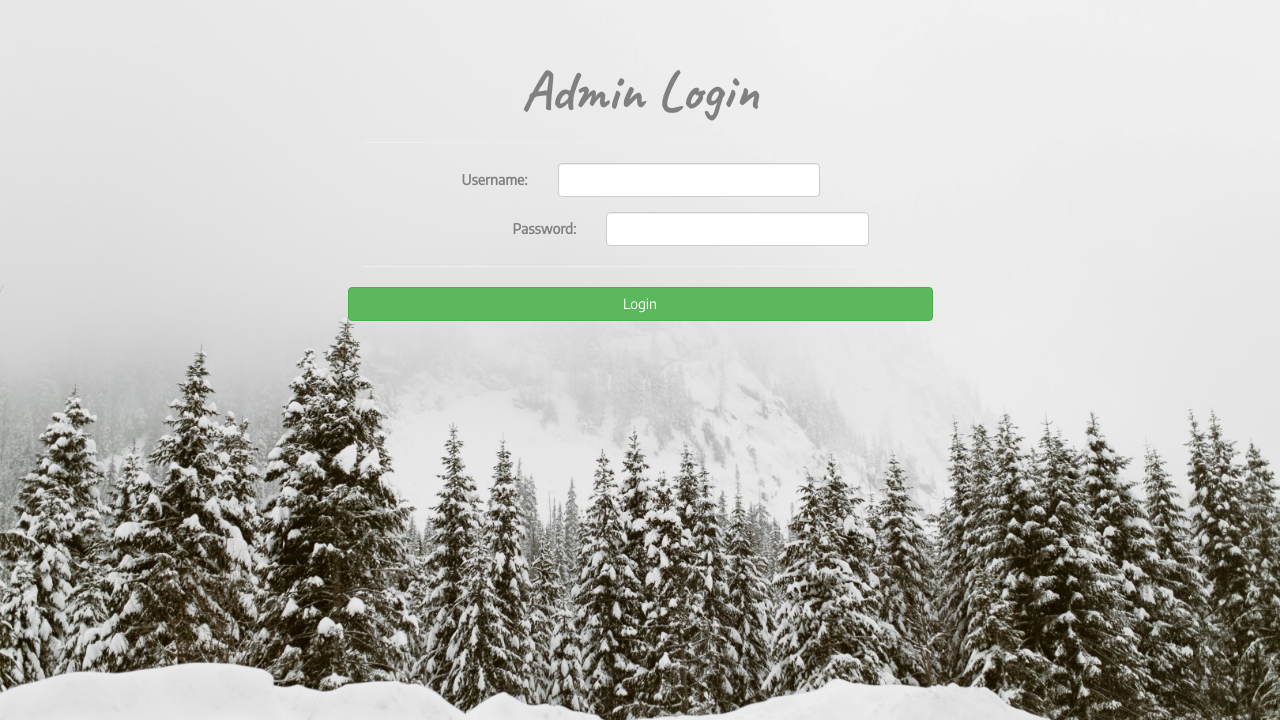
Repository: maliking/making
Page: http://localhost/final_project/loginPage.php
The author's editor kept a record of every edit. The page is drawn from the files as they stood at one moment, then again after the next edit.
The browser window is 1280 px wide. The pictures show the whole page.
The page is run by PHP 8.4 with error messages shown; the project is at /var/www/html/.

Above is the page before.
Console error: TypeError: Cannot read properties of undefined (reading 'prototype')

### final_project/loginPage.php
<!DOCTYPE html>
<html>
    <head>
        <title> Solemates Login </title>
        <!-- HEADER TEMPLATE BEGIN -->
        <?php include 'templates/header.php'?>
        <!-- HEADER TEMPLATE END -->
    </head>
    <body>
        <div class="container">
            <div class="row">
                <div class="col-xs-6 col-xs-offset-3 text-center">
                <h1>Admin Login</h1>
                <hr>
                <form class="form-horizontal" method="POST" action="login.php">
                    <div class="form-group">
                        <label class="control-label col-xs-4" for="password">Username: </label>
                        <div class="col-xs-12 col-md-6">
                            <input class="form-control" type="text" name="username">
                        </div>
                    </div>
                    <div class="form-group">
                        <label class="control-label col-xs-5" for="password">Password: </label>
                        <div class="col-xs-12 col-md-6">
                            <input class="form-control" type="password" name="password">
                        </div>
                    </div>
                    <hr>
                    <div class="form-group">
                        <input class="btn btn-success btn-block" type="submit" name="loginForm" value="Login">
                    </div>
                </form>
                </div>
            </div>
        </div>
        <!-- FOOTER TEMPLATE BEGIN -->
        <?php include 'templates/footer.php'?>
        <!-- FOOTER TEMPLATE END -->
    </body>
</html>

### final_project/templates/header.php
<meta charset="utf-8" />
<link rel="stylesheet" href="../bootstrap/css/bootstrap.min.css">
<link rel="stylesheet" href="https://cdnjs.cloudflare.com/ajax/libs/font-awesome/4.7.0/css/font-awesome.min.css" />
<link href="css/styles.css" rel="stylesheet" type="text/css" />
<link href="footable/css/footable.bootstrap.min.css" rel="stylesheet" type="text/css" />
<link href="https://fonts.googleapis.com/css?family=Caveat:700|Encode+Sans" rel="stylesheet">

### final_project/templates/footer.php
<script src="../bootstrap/js/jquery.min.js"></script>
<script src="../bootstrap/js/bootstrap.min.js"></script>
<script type="text/javascript" src="footable/js/footable.min.js"></script>

### final_project/css/styles.css
body {
    font-family: 'Encode Sans', sans-serif;
    background-image: url('../img/back3.jpg');
    background-attachment: fixed;
    background-size: cover;
    background-repeat: no-repeat;
    color: gray;
}

h1 {
    font-family: 'Caveat', cursive;
    padding-top: 40px;
    font-size: 4em;
}

.col-xs-8,
.col-xs-10 {
    background-color: white;
    border: 4px solid #ddd;
}
th {
    text-align: center;
}

.brand {
    max-height: 30px;
    max-width: 70px;
}

#addProduct {
    float: right;
}

.productBtn {
    margin-left: 10px;
}

#green {
    color: green;
}
#red {
    color: red;
}

Loaded but not shown: bootstrap/css/bootstrap.min.css (library); final_project/footable/css/footable.bootstrap.min.css (library); bootstrap/js/jquery.min.js (library); bootstrap/js/bootstrap.min.js (library); final_project/footable/js/footable.min.js (library)

After the next edit:
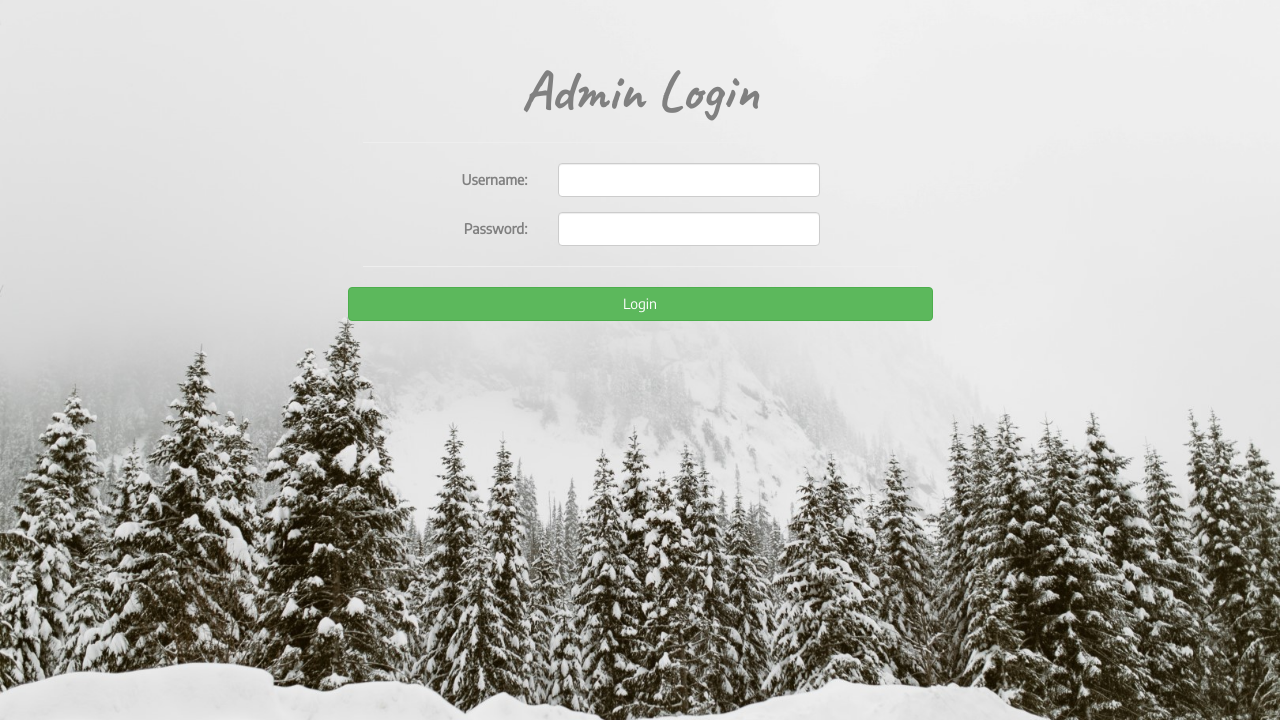
The edit:
--- a/final_project/loginPage.php
+++ b/final_project/loginPage.php
@@ -20,7 +20,7 @@
                         </div>
                     </div>
                     <div class="form-group">
-                        <label class="control-label col-xs-5" for="password">Password: </label>
+                        <label class="control-label col-xs-4" for="password">Password: </label>
                         <div class="col-xs-12 col-md-6">
                             <input class="form-control" type="password" name="password">
                         </div>
